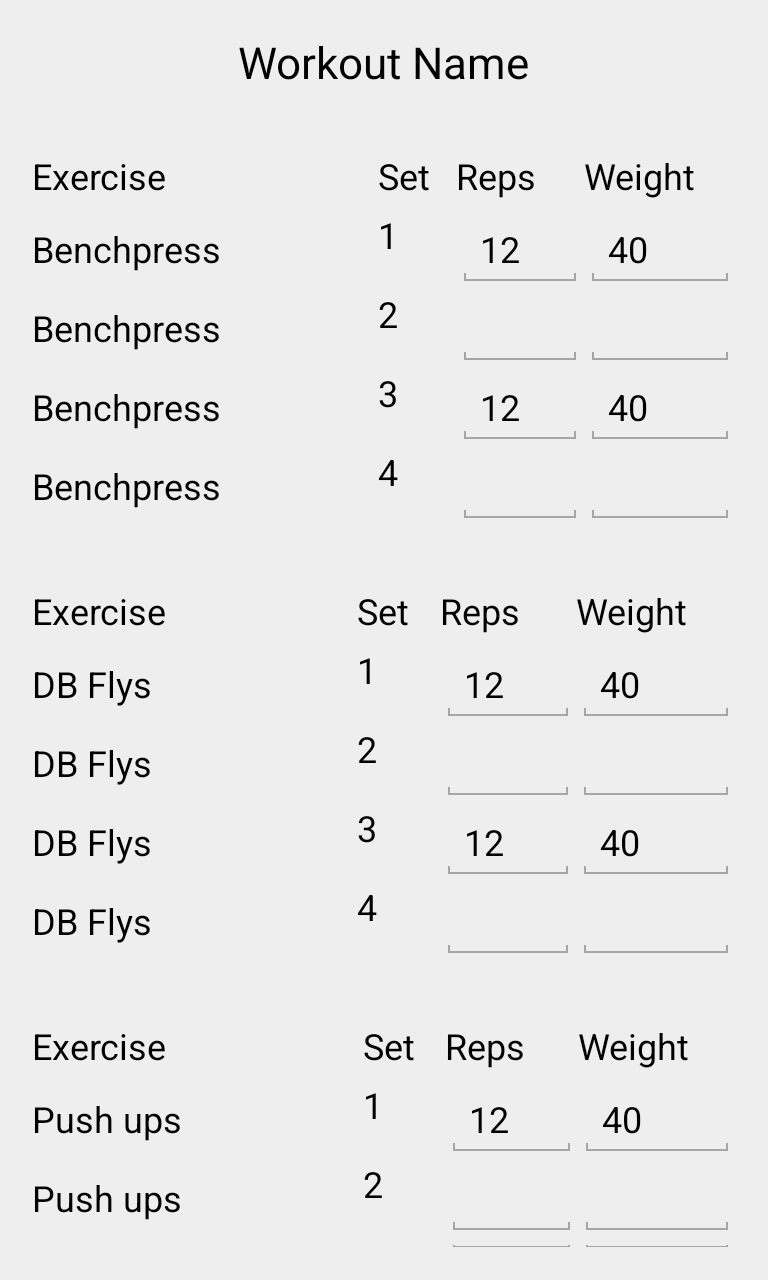
Repository: jmcdon09/EZWorkout
Layout: EzTrain/EzTrain/res/layout/activity_active_workout.xml
An editor plug-in stored every save of this project. The layout is shown before and after the next save, followed by the edit.
It is drawn on a 768 x 1280 px phone screen (xhdpi) without system bars, with theme AppTheme; the app's code is not run.

Above is the layout before, as saved 2014-03-30 15:55:00.

After the next save:
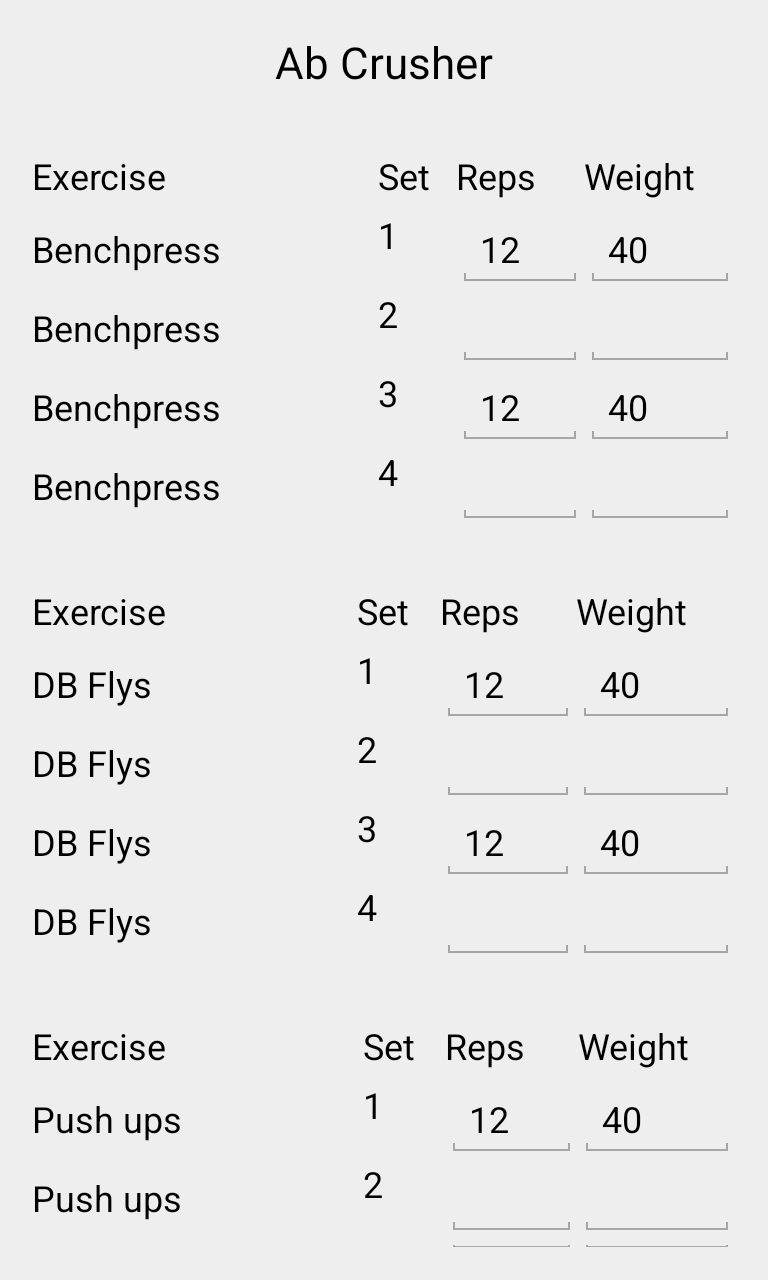
Saved 2 h 52 min later.
--- a/EzTrain/EzTrain/res/layout/activity_active_workout.xml
+++ b/EzTrain/EzTrain/res/layout/activity_active_workout.xml
@@ -16,7 +16,7 @@
             android:layout_width="wrap_content"
             android:layout_height="wrap_content"
             android:layout_gravity="center"
-            android:text="@string/workout_name"
+            android:text="Ab Crusher"
             android:textAppearance="?android:attr/textAppearanceLarge" />
 
         <TableLayout
